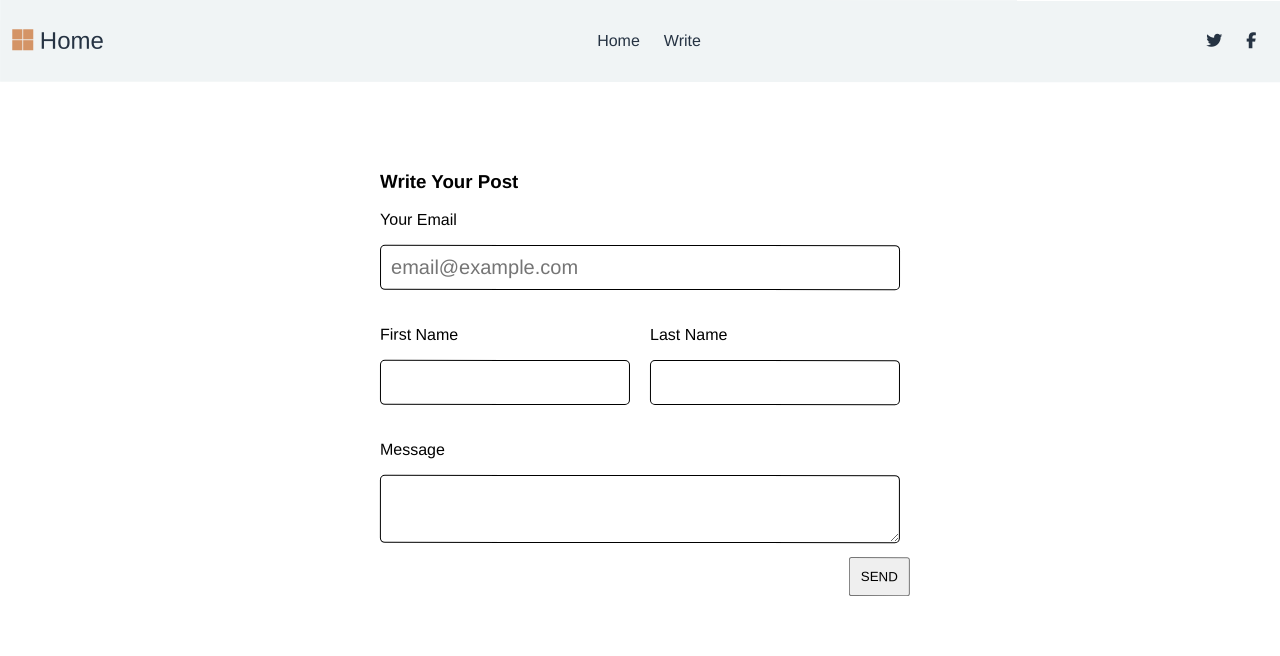
Repository: hhw12409/pracite-node.js
Page: http://localhost/write
An editor plug-in stored every save of this project. The page is shown before and after the next save, followed by the edit.
The browser window is 1280 px wide. The pictures show the whole page.
Some web fonts or font styles are not loaded; a fallback is used. Some web libraries are served in a nearby version. The page is served by the project's Node server (server.js).

Above is the page before, as saved 2022-05-03 01:13:06.

After the next save:
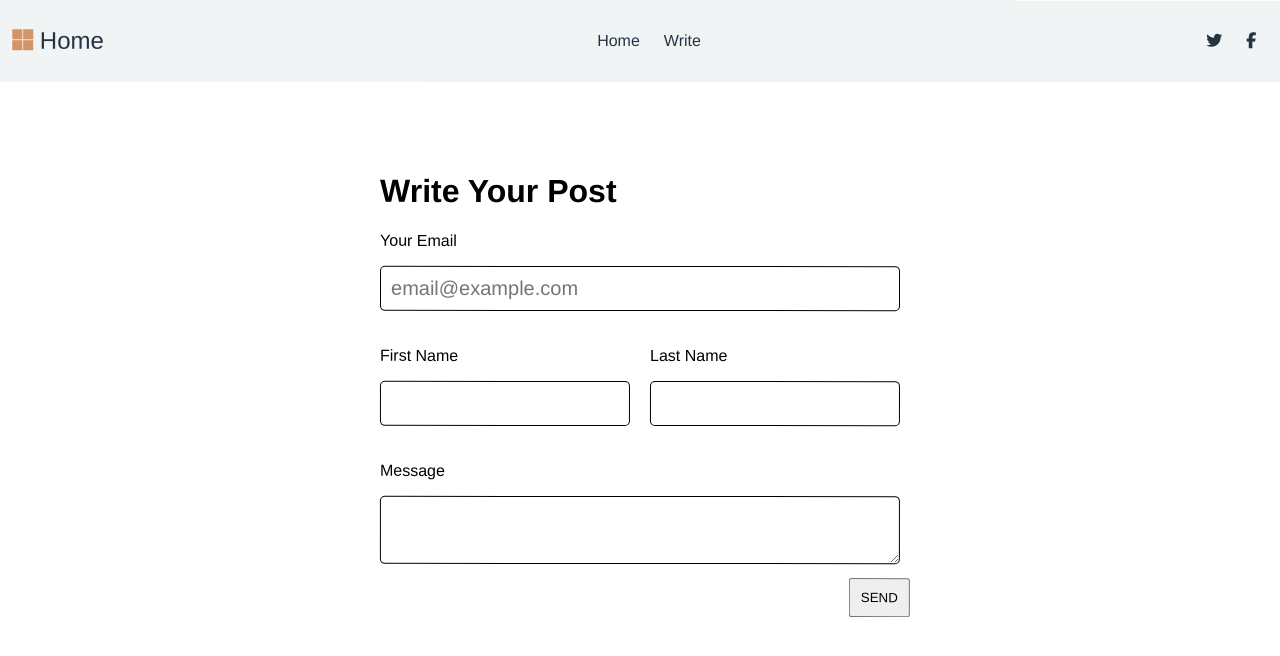
Saved 5 s later.
--- a/views/write.ejs
+++ b/views/write.ejs
@@ -13,7 +13,7 @@
     <div class="form-white">
       <form action="">
         <div class="w-100">
-          <h3>Write Your Post</h3>
+          <h1>Write Your Post</h1>
           <p>Your Email</p>
           <input type="email" class="form-input" placeholder="email@example.com">
         </div>
